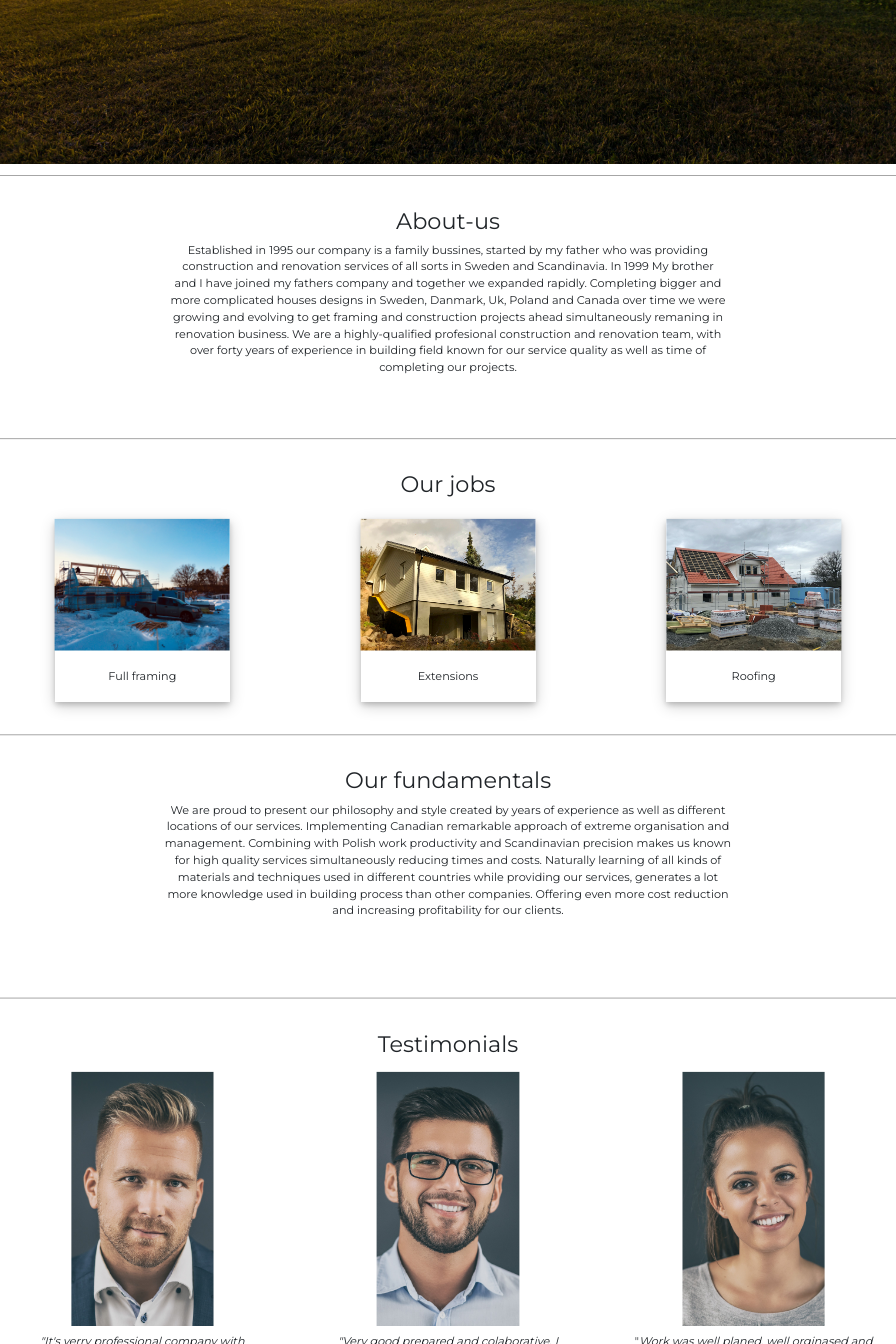
Repository: Bartie1982/milestone-project-1
Page: index.html
The author's editor kept a record of every edit. The page is drawn from the files as they stood at one moment, then again after the next edit.
The browser window is 1280 px wide. The pictures show the part of the page from y = 626 to 2546 px (the page is 2949 px tall before and 2916 px after), at 70% of full size.

Above is the page before.

After the next edit:
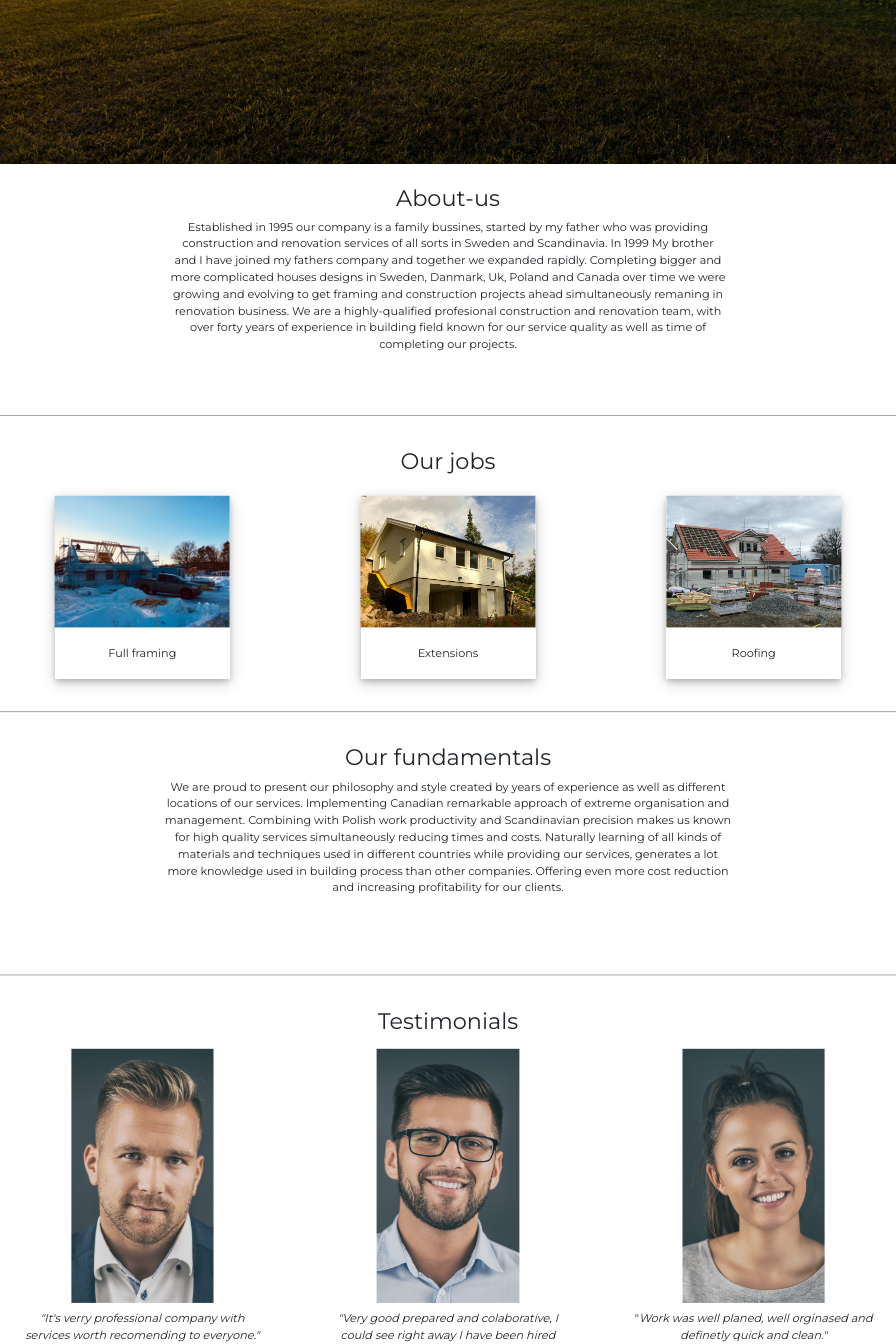
The edit:
--- a/index.html
+++ b/index.html
@@ -55,11 +55,7 @@
             </div>
         </div>
     </header>
-        <div class="row">
-            <div class="col-md-12 h-line3">
-                <hr>
-            </div>
-        </div>
+
     <section>
         <div class="d-flex justify-content-center" id="about-us">
             <div class="col-md-8 about-us">
